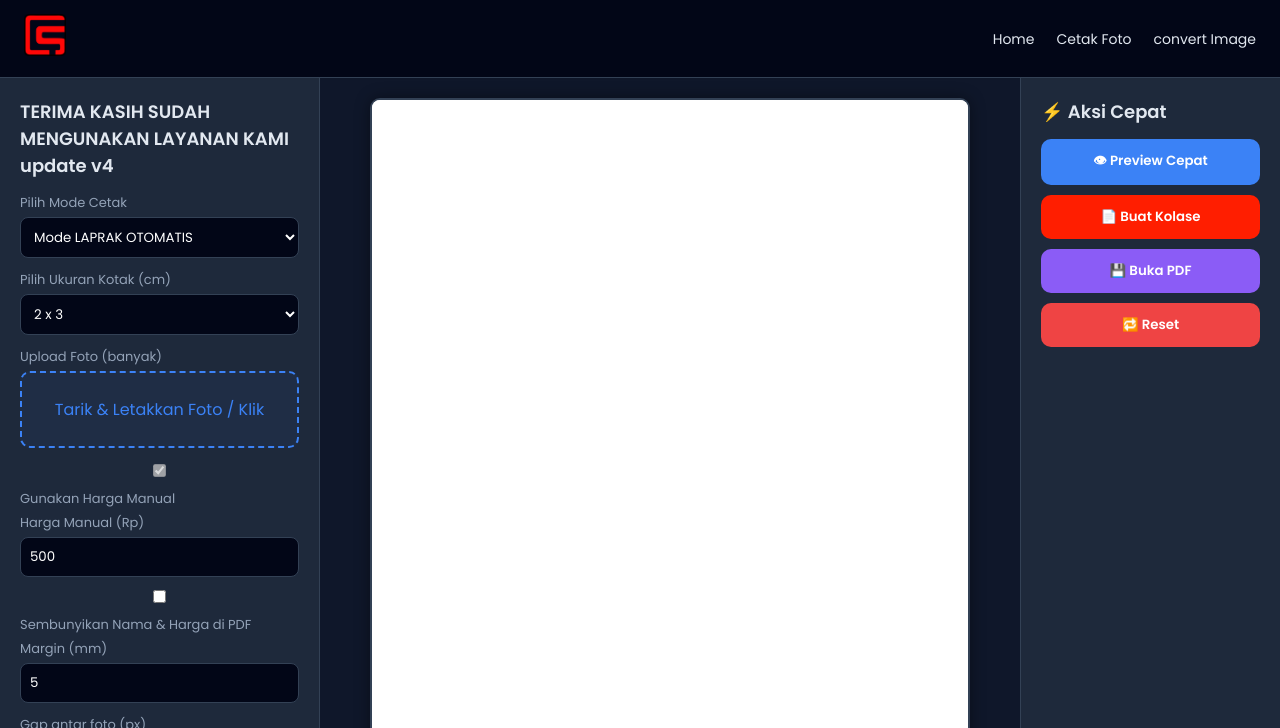
Repository: procinema22/hiisedulurfc
Page: hesedulur-main/cetakfoto.html
An editor plug-in stored every save of this project. The page is shown before and after the next save, followed by the edit.
The browser window is 1280 px wide. The pictures show the whole page.
An inner scrolling area shows only its first screen.

Above is the page before, as saved 2026-04-23 23:53:28.

After the next save:
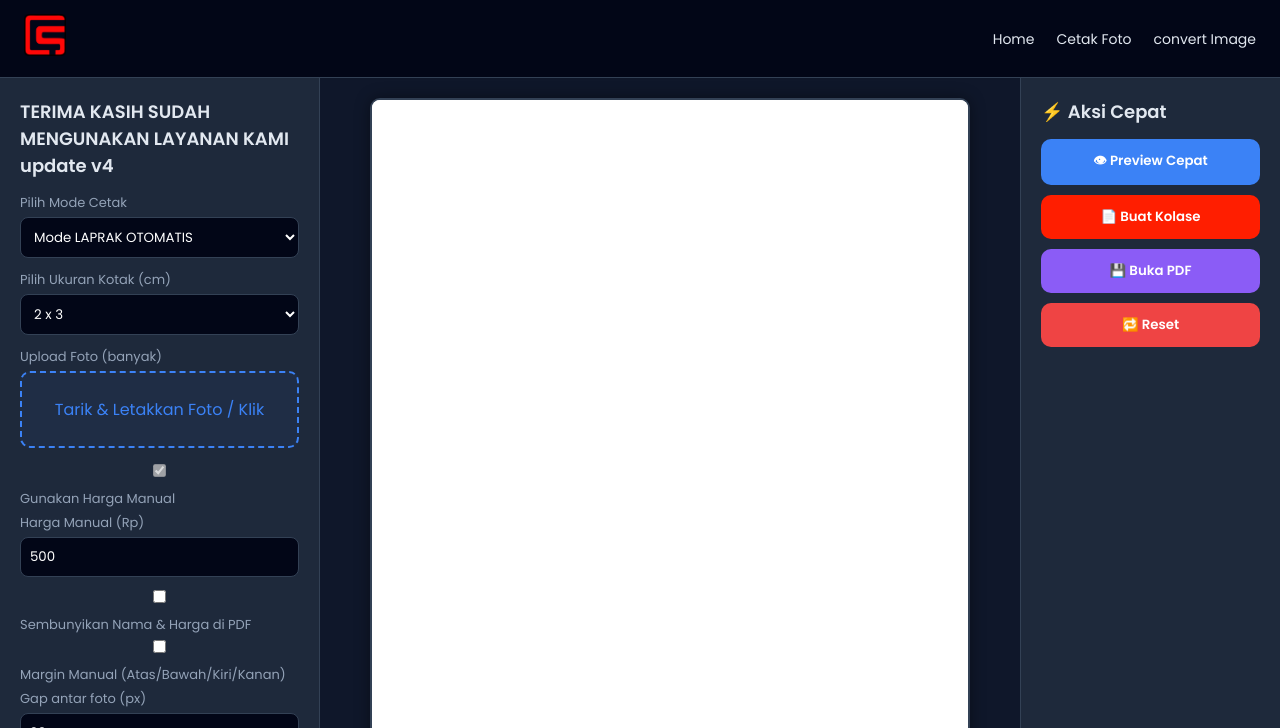
Saved 16 s later.
--- a/hesedulur-main/cetakfoto.html
+++ b/hesedulur-main/cetakfoto.html
@@ -96,8 +96,17 @@
       Sembunyikan Nama & Harga di PDF
     </label>
 
-    <label>Margin (mm)</label>
-    <input id="marginInputMm" type="number" value="5">
+    <label>
+      <input type="checkbox" id="advancedMargin">
+      Margin Manual (Atas/Bawah/Kiri/Kanan)
+    </label>
+
+    <div id="marginAdvancedBox" style="display:none;">
+      <input type="number" id="marginTop" placeholder="Atas (mm)" value="5">
+      <input type="number" id="marginBottom" placeholder="Bawah (mm)" value="5">
+      <input type="number" id="marginLeft" placeholder="Kiri (mm)" value="5">
+      <input type="number" id="marginRight" placeholder="Kanan (mm)" value="5">
+    </div>
 
     <label>Gap antar foto (px)</label>
     <input id="gap" type="number" value="20">
